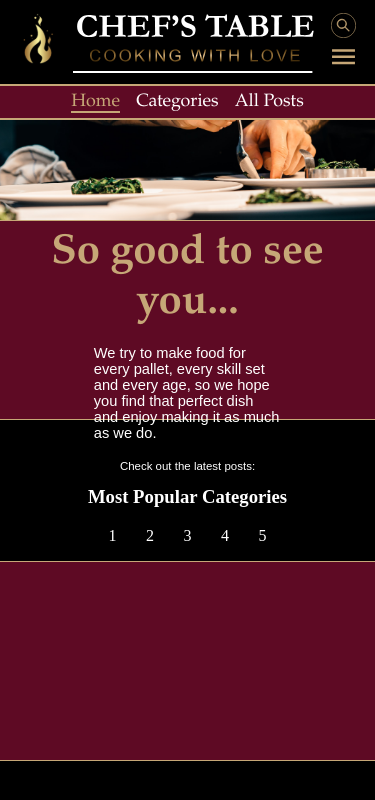
Repository: Noroff-FEU-Assignments/project-exam-1-runeunhjem
Page: index.html
The author's editor kept a copy of each file at every save. The page is drawn from the files as they stood at one save, then again after the next save.
The browser window is 375 px wide. The pictures show the whole page.
The page's requests for data from a server got no answer.

Above is the page before, as saved 2023-05-01 14:18:53.

### index.html
<!DOCTYPE html>
<html lang="en">
<head>
  <!-- Hotjar Tracking Code for CHEF'S TABLE -->
  <script>
      (function(h,o,t,j,a,r){
          h.hj=h.hj||function(){(h.hj.q=h.hj.q||[]).push(arguments)};
          h._hjSettings={hjid:3468936,hjsv:6};
          a=o.getElementsByTagName('head')[0];
          r=o.createElement('script');r.async=1;
          r.src=t+h._hjSettings.hjid+j+h._hjSettings.hjsv;
          a.appendChild(r);
      })(window,document,'https://static.hotjar.com/c/hotjar-','.js?sv=');
  </script>
  <meta charset="UTF-8">
  <meta http-equiv="X-UA-Compatible" content="IE=edge">
  <meta name="viewport" content="width=device-width, initial-scale=1.0">
  <meta name="keywords" content="Cooking, Chef, Table, Dinner, Dessert, Cousine, Recipes, Food">
  <meta name="description" content="A blog with recipes for only the best and juiciest dishes">
  <link rel="stylesheet" href="css/styles.css">
  <link rel="stylesheet" href="css/out-of-view-menu-text.css">
  <link rel="shortcut icon" href="favicon.ico" type="image/x-icon">
  <script defer src="js/posts.js" type="module"></script>
  <script defer src="js/searchbar.js"></script>
  <script defer src="js/script.js" type="module"></script>
  <title>CHEF'S TABLE | Home</title>
</head>
<body>
  <header class="header-desktop header-mobile" aria-label="Header">
    <div class="header-container">
      <div class="header-flame-logo head-item">
        <a href="index.html" aria-label="Home">
          <img src="images/logo-flame.svg" class="flame-logo" alt="Chef's Table Flame Logo">
          <span class="out-of-view-menu-text">Home</span>
        </a>
      </div>
      <div class="header-text-logo head-item">
        <img src="images/mob-logo-text.svg" id="logo-text" alt="Chef's Table Text Logo">
      </div>
        <div class="search-and-menu header-icons head-item">
          <div class="search-icon">
            <img src="images/ico-search.svg" alt="Search Icon">
          </div>
          <div class="menu-icon">
            <img src="images/ico-menu.svg" alt="Menu Icon">
          </div>
        </div>
    </div>
    <nav class="main-navigation" aria-label="Main Navigation">
      <div class="nav-container">
        <div class="desk-menu mob-menu menu">
            <ul class="search-bar nav-bar">
              <li><a href="index.html" class="active">Home</a></li>
              <li><a href="categories.html">Categories</a></li>
              <li><a href="all-posts.html">All Posts</a></li>
              <li class="desktop-only tablet"><a href="latest-posts.html">Latest Posts</a></li>
              <li class="desktop-only tablet"><a href="image-gallery.html">Image Gallery</a></li>
              <li class="desktop-only"><a href="contact.html">Contact</a></li>
              <li class="desktop-only"><a href="about.html">About</a></li>
              <li class="desktop-only"><a href="add-new-post.html">Add New Post</a></li>
            </ul>
            <div class="search-container">
              <form>
                <input type="text" placeholder="Search..." aria-label="Search for recipes">
                <button type="submit" class="search-button">
                  <div class="searchbar-icon">
                    <img src="images/ico-search.svg" alt="Search Icon">
                  </div>
                </button>
              </form>
            </div>
          </div>
        </div>
    </nav>
  </header>
  <main class="index" aria-label="Main Section">
    <div class="hero-image post-preview" id="post-preview"></div>
    <div class ="thank-you-note">
      <h2 class="so-god-to-see-you">So good to see you...</h2>
      <p class="enjoy-note">We try to make food for every pallet, every skill set and every age, so we hope you find that perfect dish and enjoy making it as much as we do.</p>
      <p class="check-latest-posts-note">Check out the latest posts:</p>
    </div>
    <div class="carousel-home" id="carousel-home"></div>
    <div class="categories" id="categories">
      <h3>Most Popular Categories</h3>
      <div class="categories-container">
        <div class="category">1</div>
        <div class="category">2</div>
        <div class="category">3</div>
        <div class="category">4</div>
        <div class="category">5</div>
      </div>
    </div>
  </main>
  <footer class="footer">
    <div class="footer-left"></div>
    <div class="footer-center"></div>
    <div class="footer-right"></div>
  </footer>
</body>
</html>

### css/styles.css
:root {
  --color-black: #000000;
  --color-white: #FFFFFF;
  --color-grey: #D9D9D9;
  --color-gold: #C6A777;
  --color-red: #A60033;
  --color-burgundy: #5E0A24;
  --border-radius-50: 50%;
  --border-radius-10: 10%;
  --border-1px-gold: 1px solid var(--color-gold);
  --border-2px-gold: 2px solid var(--color-gold);
  --font-family-elegant: "Garamond", "Times New Roman", serif;
  --font-family-normal: "Arial", "Helvetica", sans-serif;
}

*, *:before, *:after {
  box-sizing: inherit;
}

body {
  margin: 0;
  box-sizing: border-box;
  background-color: var(--color-black);
  color: var(--color-white);
}

header {
  display: flex;
  justify-content: center;
  flex-wrap: wrap;
}

img {
  max-width: 100%;
  max-height: 100%;
}

.header-container {
  display: flex;
  justify-content: space-around;
  align-items: center;
  margin: 0.5em 1em 0.7em 1em;
  box-sizing: border-box;
  max-height: 100%;
  width: 90vw;
  max-width: 970px;
  gap: 1em;
}
.header-container .flame-logo {
  max-height: 100px;
}

.header-text-logo {
  display: flex;
  align-items: flex-start;
}

.search-icon, .menu-icon {
  display: flex;
  justify-content: center;
  align-items: flex-end;
}

.search-and-menu {
  gap: 0.5em;
}

.head-item {
  display: flex;
  flex-direction: column;
  align-items: center;
  justify-content: center;
}

.main-navigation {
  display: flex;
  justify-content: center;
  align-items: center;
  height: auto;
  max-width: 100%;
  max-height: 100%;
}

.nav-container .menu {
  background-color: var(--color-burgundy);
  border-top: var(--border-2px-gold);
  border-bottom: var(--border-2px-gold);
  display: flex;
  flex-direction: column;
  justify-content: center;
  align-items: center;
  width: 100vw;
  min-height: 36px;
  height: 4vw;
  max-height: 48px;
}
.nav-container ul {
  display: flex;
  justify-content: space-around;
  gap: 1em;
  padding: 0;
  margin: 0;
  align-items: center;
}
.nav-container a {
  font-family: var(--font-family-elegant);
  font-size: calc(1rem + 0.5vw);
  color: var(--color-white);
  text-decoration: none;
}
.nav-container .hide {
  display: none;
}
.nav-container a:hover {
  color: var(--color-gold);
}
.nav-container li {
  list-style: none;
}
.nav-container .active {
  color: var(--color-gold);
  border-bottom: var(--border-2px-gold);
}

.search-container {
  display: none;
}

.show {
  display: flex;
  justify-content: center;
  align-items: center;
  max-width: 970px;
}
.show form {
  display: flex;
  justify-content: center;
  align-items: center;
  gap: 0.5em;
}
.show form input {
  text-indent: 0.5em;
  font-size: 1.2rem;
  background-color: var(--color-black);
  color: var(--color-white);
  border: var(--border-1px-gold);
  min-height: 24px;
  height: 2vw;
  min-width: 250px;
  border-radius: 6px;
}
.show form .search-button {
  border-radius: var(--border-radius-50);
  padding: 0;
  margin: 0;
  background-color: var(--color-burgundy);
  border: 1px solid var(--color-burgundy);
  min-height: 24px;
  height: 2vw;
}
.show img {
  min-height: 24px;
  height: 2vw;
}

main {
  display: flex;
  flex-direction: column;
  justify-content: flex-start;
  align-items: center;
}

.hero-image {
  background-image: url(../images/hero-image.png);
  background-size: cover;
  background-repeat: no-repeat;
  background-position: center bottom;
  width: 100vw;
  height: 279px;
}

.thank-you-note {
  display: flex;
  flex-direction: column;
  justify-content: flex-start;
  text-align: center;
  width: 100%;
  height: 200px;
  margin-bottom: 1em;
  background-color: var(--color-burgundy);
  color: var(--color-white);
  border-top: var(--border-1px-gold);
  border-bottom: var(--border-1px-gold);
}

.so-god-to-see-you {
  margin: 0.2em auto;
  font-family: var(--font-family-elegant);
  font-size: calc(2.5rem + 0.5vw);
  color: var(--color-gold);
}

.enjoy-note {
  width: 50vw;
  text-align: left;
  margin: 0.5em auto;
  font-family: var(--font-family-normal);
  font-size: calc(0.8rem + 0.5vw);
}

.check-latest-posts-note {
  font-family: var(--font-family-normal);
  font-size: calc(0.6rem + 0.5vw);
}

.carousel-home {
  display: flex;
  justify-content: flex-start;
  align-items: flex-start;
  width: 80vw;
  margin-bottom: 2em;
  gap: 1em;
}

.post-container {
  border: var(--border-1px-gold);
  border-radius: 6px;
  padding: 0.5em;
  height: 295px;
  width: 243px;
}

.post-image-container {
  width: 213px;
  height: 110px;
  padding-bottom: 56.25%; /* 16:9 aspect ratio */
  background-size: cover;
  background-position: center center;
  border-top-left-radius: 6px;
  border-top-right-radius: 6px;
}

.post-title {
  font-family: var(--font-family-elegant);
  font-size: 1.2rem;
  font-weight: bold;
  color: var(--color-gold);
  height: 40px;
  margin: 0.4em 0 0 0;
}

.post-tagline {
  font-family: var(--font-family-normal);
  margin: 0.4em 0;
  font-size: 0.9rem;
  height: 32px;
}

.post-tags {
  font-family: var(--font-family-normal);
  font-size: 0.8rem;
  margin: 0 0 0.6em 0;
  height: 48px;
  line-height: 1.35;
}

.post-added {
  font-family: var(--font-family-normal);
  font-size: 0.7rem;
  margin: 0;
}

.categories {
  display: flex;
  flex-direction: column;
  align-items: center;
  justify-content: flex-start;
  margin-bottom: 1em;
}

.categories-container {
  display: flex;
  justify-content: space-between;
}

.category {
  display: flex;
  justify-content: center;
  width: 10vw;
}

footer {
  display: flex;
  justify-content: space-around;
  align-items: center;
  width: 100vw;
  height: 200px;
  background-color: var(--color-burgundy);
  color: var(--color-white);
  border-top: var(--border-1px-gold);
  border-bottom: var(--border-1px-gold);
}

@media screen and (max-width: 768px) {
  .desktop-only {
    display: none;
  }
  .tablet {
    display: block;
  }
  .hero-image {
    background-image: url(../images/hero-image.png);
    height: 180px;
  }
}
@media screen and (max-width: 460px) {
  .tablet {
    display: none;
  }
  .hero-image {
    background-image: url(../images/hero-image.png);
    height: 100px;
  }
}/*# sourceMappingURL=styles_20230501141853.css.map */

### css/out-of-view-menu-text.css
.out-of-view-menu-text {
  position: absolute;
  left: -10000px;
}

### js/posts.js
const apiUrl = "https://wordpress.runeunhjem.no/wp-json/wp/v2/posts?per_page=50";
let posts = [];

async function getPosts() {
  try {
    const response = await fetch(apiUrl);
    const result = await response.json();
    console.log(result);

    for (const item of result) {
      const categoriesResponse = await fetch(item._links["wp:term"][0].href);
      const categoriesResult = await categoriesResponse.json();
      const categories = categoriesResult.map(category => category.name);

      const tagsResponse = await fetch(item._links["wp:term"][1].href);
      const tagsResult = await tagsResponse.json();
      const tags = tagsResult
        .filter((tag) => tag.name !== "ep1" && tag.name !== "food").map((tag) => tag.name);

      const post = {
        postId: item.id,
        title: item.title.rendered.replace(/&amp;/g, "&"),
        shortDescription: item.content.rendered.match(/<p>(.*?)<\/p>/)[1].trim(),
        tags: tags,
        date: new Date(item.modified),
        categories: categories,
        image: item.content.rendered.match(/src="([^"]*)"/)[1],
        instructions: item.content.rendered.match(/<ol>(.*?)<\/ol>/s)[0],
        recipe: item.content.rendered.match(/Ingredients:([\s\S]*?)<ol>/)[1].trim(),
      };
      posts.push(post);
    // for (const item of result) {
    //   // fetch categories and tags for the post

    //   const post = {
    //     postId: item.id,
    //     title: item.title.rendered.replace(/&/g, "&amp;"),
    //     categories: categories,
    //     tags: tags,
    //     image: item.content.rendered.match(/src="([^"]*)"/)[1],
    //     instructions: item.content.rendered.match(/<ol>(.*?)<\/ol>/s)[0],
    //     recipe: item.content.rendered.match(/Ingredients:([\s\S]*?)<ol>/)[1].trim(),
    //     shortDescription: item.excerpt.rendered.replace(/(<([^>]+)>)/gi, "").trim()
    //   };
    //   posts.push(post);
    };
  } catch (error) {
    console.log(error);
  };
};

export { getPosts, posts };

### js/script.js
import { getPosts, posts } from "./posts.js";

(async function () {
  await getPosts();
  console.log("posts is: ", posts);

  const carousel = document.getElementById("carousel-home");

  for (const post of posts) {
    const postContainer = document.createElement("div");
    postContainer.classList.add("post-container");

    const container = document.createElement("div");
    container.classList.add("post-image-container");
    postContainer.appendChild(container);

    const image = new Image();
    image.onload = function () {
      container.style.backgroundImage = `url(${image.src})`;
    };
    image.src = post.image;

    const title = document.createElement("h2");
    title.classList.add("post-title");
    title.textContent = post.title;
    postContainer.appendChild(title);

    const tagLine = document.createElement("p");
    tagLine.classList.add("post-tagline");
    tagLine.textContent = post.shortDescription;
    postContainer.appendChild(tagLine);

    const tags = document.createElement("p");
    tags.classList.add("post-tags");
    tags.textContent = `Tags: ${post.tags.join(", ")}`;
    postContainer.appendChild(tags);

    const date = new Date(post.date);
    const dateString = `${date.toLocaleString("en-us", { month: "short" })} ${date.getDate()}, ${date.getFullYear()}`;
    const added = document.createElement("p");
    added.classList.add("post-added");
    added.textContent = `Modified: ${dateString}`;
    postContainer.appendChild(added);


    // const categories = document.createElement("p");
    // categories.textContent = `Categories: ${post.categories.join(", ")}`;
    // postContainer.appendChild(categories);


    // const instructions = document.createElement("div");
    // instructions.innerHTML = post.instructions;
    // postContainer.appendChild(instructions);

    // const recipe = document.createElement("div");
    // recipe.innerHTML = post.recipe;
    // postContainer.appendChild(recipe);

    carousel.appendChild(postContainer);
  }
})();

### js/searchbar.js
const searchIcon = document.querySelector(".search-icon");
const searchContainer = document.querySelector(".search-container");
const navContainer = document.querySelector(".search-bar");

searchIcon.addEventListener("click", function () {
  searchContainer.classList.toggle("show");
  navContainer.classList.toggle("hide");
});

After the next save:
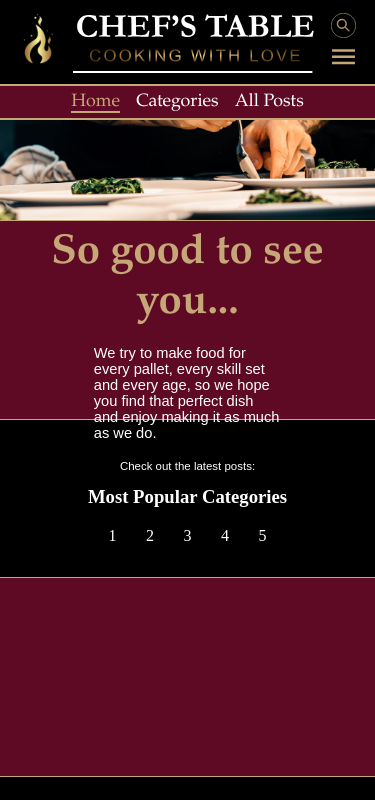
Saved 10 s later.
--- a/css/styles.css
+++ b/css/styles.css
@@ -275,7 +275,7 @@ main {
   flex-direction: column;
   align-items: center;
   justify-content: flex-start;
-  margin-bottom: 1em;
+  margin-bottom: 2em;
 }
 
 .categories-container {
@@ -321,4 +321,4 @@ footer {
     background-image: url(../images/hero-image.png);
     height: 100px;
   }
-}/*# sourceMappingURL=styles_20230501141853.css.map */
+}/*# sourceMappingURL=styles_20230501141903.css.map */
